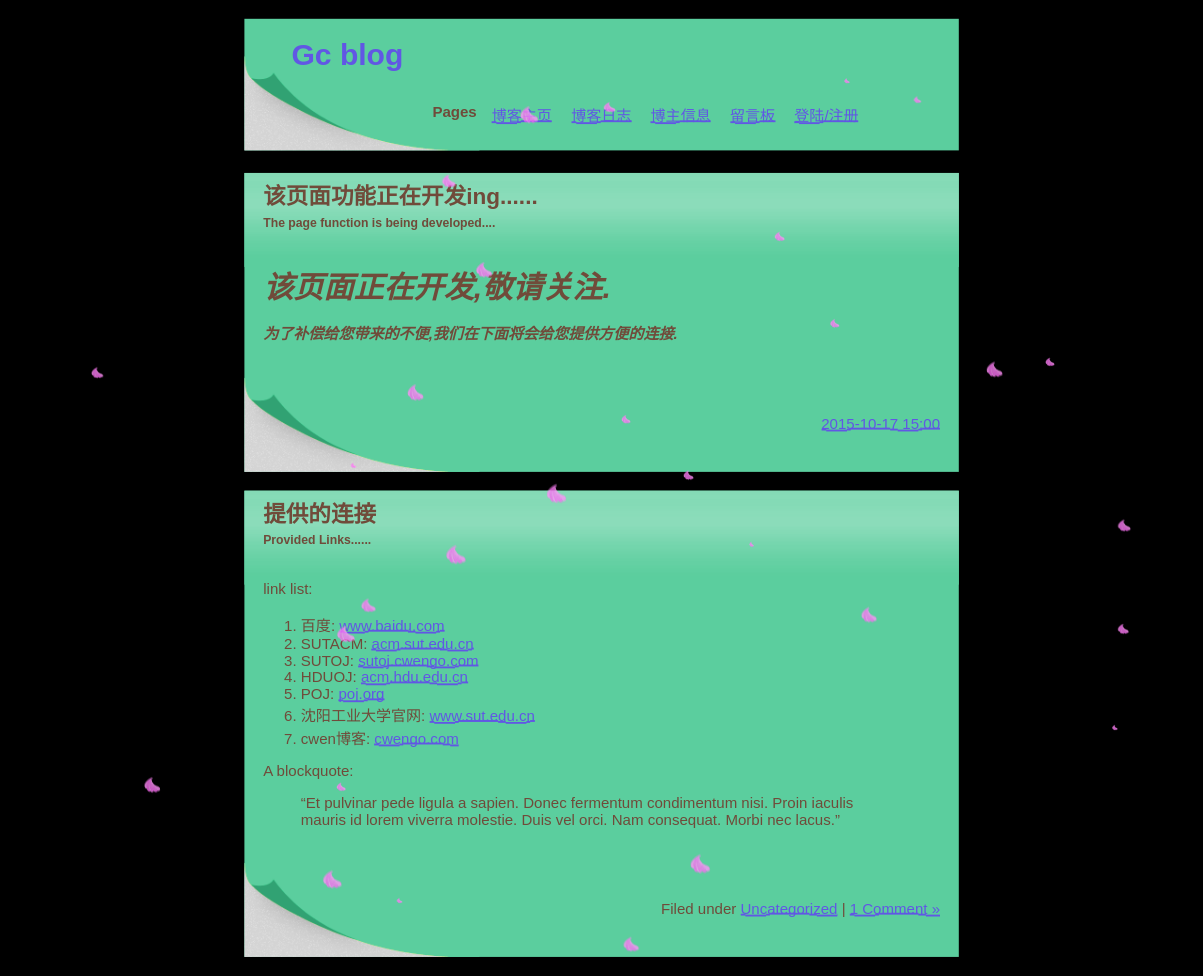
Repository: SUT-GC/myblog_linux
Page: myblog/myblog/WebContent/jsp/prompt/prompt.html
The author's editor kept a copy of each file at every save. The page is drawn from the files as they stood at one save, then again after the next save.
The browser window is 1280 px wide. The pictures show the whole page, at 94% of full size.

Above is the page before, as saved 2015-10-17 07:02:03.

### myblog/myblog/WebContent/jsp/prompt/prompt.html
<!DOCTYPE html PUBLIC "-//W3C//DTD XHTML 1.0 Strict//EN" "http://www.w3.org/TR/xhtml1/DTD/xhtml1-strict.dtd">
<!--
Design by Free CSS Templates
http://www.freecsstemplates.org
Released for free under a Creative Commons Attribution 2.5 License
download from mianfeimoban.com
-->
<html xmlns="http://www.w3.org/1999/xhtml">
<head>
<meta http-equiv="content-type" content="text/html; charset=utf-8" />
<title>Sticky Notes by Free Css Templates</title>
<meta name="keywords" content="" />
<meta name="description" content="" />
<link href="default.css" rel="stylesheet" type="text/css" />
<style type="text/css">
body {
	background-color: #000;
}
</style>
</head>
<body>
<div id="header">
	<h1 style="margin-left: 30px;"><a >Gc blog </a></h1>
</div>
<div id="pages">
	<h2>Pages</h2>
	<ul>
		<li><a id="page1" href="../nav/index.jsp">博客主页</a></li>
		<li><a id="page2" href="../Journal/Journal.jsp">博客日志</a></li>
		<li><a id="page3" href="../information/information.jsp">博主信息</a></li>
		<li><a id="page4" href="../editor/messagebox.jsp">留言板</a></li>
		<li><a id="page5" href="../login/login.jsp">登陆/注册</a></li>
	</ul>
</div>
<div id="content">
	<div id="posts">
		<div class="post">
			<h2 class="title">该页面功能正在开发ing......</h2>
			<h3 class="posted">The page function is being developed....</h3>
			<div class="story">
				<p><h1><em><strong>该页面正在开发,敬请关注.</strong></em></h1> </p>
				<p><h4><em>为了补偿给您带来的不便,我们在下面将会给您提供方便的连接.</em></h4> </p>
			</div>
			<div class="meta">
				<p><a>2015-10-17 15:00</a></p>
			</div>
		</div>
		<div class="post">
			<h2 class="title">提供的连接</h2>
			<h3 class="posted">Provided Links......</h3>
			<div class="story">
				<p>link list:</p>
				<ol>
					<li>百度: <a href="https://www.baidu.com">www.baidu.com</a></li>
					<li>SUTACM: <a href="https://acm.sut.edu.cn">acm.sut.edu.cn</a></li>
					<li>SUTOJ: <a href="http://sutoj.cwengo.com/">sutoj.cwengo.com</a></li>
					<li>HDUOJ: <a href="http://acm.hdu.edu.cn/">acm.hdu.edu.cn </a></li>
					<li>POJ: <a href="http://poj.org/">poj.org</a></li>
					<li>沈阳工业大学官网: <a href="http://www.sut.edu.cn/">www.sut.edu.cn</a></li>
					<li>cwen博客: <a href="http://www.cwengo.com/">cwengo.com</a></li>
				</ol>
				<p>A blockquote: </p>
				<blockquote>
					<p>&#8220;Et pulvinar pede ligula a  sapien. Donec fermentum condimentum nisi. Proin iaculis mauris id lorem  viverra molestie. Duis vel orci. Nam consequat. Morbi nec lacus.&#8221;</p>
				</blockquote>
			</div>
			<div class="meta">
				<p>Filed under <a href="#" class="category">Uncategorized</a> | <a href="#" class="comment">1 Comment &raquo;</a></p>
			</div>
		</div>
	</div>
	</div>
<script type="text/javascript" class="autoinsert" src="js/jquery-1.2.6.min.js"></script>
<script src="js/snowfall.jquery.js"></script>
<script>
        $(document).snowfall('clear');
        $(document).snowfall({
            image: "images/huaban.png",
            flakeCount:30,
            minSize: 5,
            maxSize: 22
        });
    </script>
</body>
</html>

### myblog/myblog/WebContent/jsp/prompt/default.css

/*
Design by Free CSS Templates
http://www.freecsstemplates.org
Released for free under a Creative Commons Attribution 2.5 License
*/

body {
	margin: 20px;
	padding: 0;
	/*background-image:url(images/img1.gif);*/
	background-color:black;
	font-family: "Comic Sans MS", Arial, Helvetica, sans-serif;
	color: #704B3A;

}

h1, h2, h3, h4, h5, h6, form {
	margin: 0;
	padding: 0;
}

a {
	background: url(images/img10.gif) repeat-x left bottom;
	text-decoration: none;
	color: #6157E4;
}

a:hover {
	background-image: none;
}

.content ul {
	margin-top: 0;
}

/* Teal Notes */

.tealnotes {
}

/* Yellow Notes */

.yellownotes {
	margin-bottom: 20px;
	background: #FFF846 url(images/img2.gif) no-repeat left bottom;
}

.yellownotes .heading {
	height: 50px;
	padding: 10px;
	background: url(images/img3.gif) repeat-x left center;
}

.yellownotes .content {
	padding: 0 20px 60px 20px;
}

/* Orange Notes */

.orangenotes {
	margin-bottom: 20px;
	background: #FF8C46 url(images/img6.gif) no-repeat left bottom;
}

.orangenotes .heading {
	height: 50px;
	padding: 10px;
	background: url(images/img7.gif) repeat-x left center;
}

.orangenotes .content {
	padding: 0 20px 60px 20px;
}

/* Green Notes */

.greennotes {
	margin-bottom: 20px;
	background: #AEE63F url(images/img4.gif) no-repeat left bottom;
}

.greennotes .heading {
	height: 50px;
	padding: 10px;
	background: url(images/img5.gif) repeat-x left center;
}

.greennotes .content {
	padding: 0 20px 60px 20px;
}

/* Header */

#header {
	width: 720px;
	height: 100px;
	margin: 0 auto;
	padding: 20px;
	background: #5BCE9E url(images/img8.gif) no-repeat left bottom;
}

#header h1, #header h2 {
	float: left;
	margin: 0;
	padding: 0;
}

#header a {
	background: none;
}

/* Pages */

#pages {
	width: 560px;
	margin: -50px auto 50px auto;
	padding-left: 200px;
}

#pages h2 {
	float: left;
	margin: 0;
	padding: 0;
	font-size: 1em;
}

#pages ul {
	margin: 0;
	padding: 0;
	list-style: none;
}

#pages li {
	display: inline;
	padding-left: 1em;
}

#pages a {
}

/* Content */

#content {
	width: 760px;
	margin: 0 auto;
}

/* Posts */

#posts {
	float: left;
	width: 100%;
}

.post {
	margin-bottom: 20px;
	background: #5BCE9E url(images/img9.gif) repeat-x left top;
}

.title {
	padding: 5px 20px;
}

.posted {
	padding: 0 0 0 20px;
	font-size: small;
}

.story {
	padding: 20px;
}

.meta {
	height: 60px;
	padding: 40px 0 0 0;
	background: url(images/img8.gif) no-repeat left bottom;
}

.meta p {
	margin: 0;
	padding: 0 20px 0 0;
	text-align: right;
}

/* Search */

#search {
	float: right;
	width: 250px;
}

#search .content {
	padding-bottom: 100px;
}

/* Archives */

#archives {
	clear: right;
	float: right;
	width: 250px;
}

/* Categories */

#categories {
	clear: right;
	float: right;
	width: 250px;
}

/* Blogroll */

#blogroll {
	clear: right;
	float: right;
	width: 250px;
}

/* Footer */

#footer {
	clear: both;
	text-align: center;
}

### myblog/myblog/WebContent/jsp/prompt/js/snowfall.jquery.js
(function(){var lastTime=0;var vendors=['webkit','moz'];for(var x=0;x<vendors.length&&!window.requestAnimationFrame;++x){window.requestAnimationFrame=window[vendors[x]+'RequestAnimationFrame'];window.cancelAnimationFrame=window[vendors[x]+'CancelAnimationFrame']||window[vendors[x]+'CancelRequestAnimationFrame'];}
if(!window.requestAnimationFrame)
window.requestAnimationFrame=function(callback,element){var currTime=new Date().getTime();var timeToCall=Math.max(0,16-(currTime-lastTime));var id=window.setTimeout(function(){callback(currTime+timeToCall);},timeToCall);lastTime=currTime+timeToCall;return id;};if(!window.cancelAnimationFrame)
window.cancelAnimationFrame=function(id){clearTimeout(id);};}());(function($){$.snowfall=function(element,options){var defaults={flakeCount:35,flakeColor:'#ffffff',flakePosition:'absolute',flakeIndex:999999,minSize:1,maxSize:2,minSpeed:1,maxSpeed:5,round:false,shadow:false,collection:false,collectionHeight:40,deviceorientation:false},options=$.extend(defaults,options),random=function random(min,max){return Math.round(min+Math.random()*(max-min));};$(element).data("snowfall",this);function Flake(_x,_y,_size,_speed,_id){this.id=_id;this.x=_x;this.y=_y;this.size=_size;this.speed=_speed;this.step=0;this.stepSize=random(1,10)/100;if(options.collection){this.target=canvasCollection[random(0,canvasCollection.length-1)];}
var flakeMarkup=null;if(options.image){flakeMarkup=$(document.createElement("img"));flakeMarkup[0].src=options.image;}else{flakeMarkup=$(document.createElement("div"));flakeMarkup.css({'background':options.flakeColor});}
flakeMarkup.attr({'class':'snowfall-flakes','id':'flake-'+this.id}).css({'width':this.size,'height':this.size,'position':options.flakePosition,'top':this.y,'left':this.x,'fontSize':0,'zIndex':options.flakeIndex});if($(element).get(0).tagName===$(document).get(0).tagName){$('body').append(flakeMarkup);element=$('body');}else{$(element).append(flakeMarkup);}
this.element=document.getElementById('flake-'+this.id);this.update=function(){this.y+=this.speed;if(this.y>(elHeight)-(this.size+6)){this.reset();}
this.element.style.top=this.y+'px';this.element.style.left=this.x+'px';this.step+=this.stepSize;if(doRatio===false){this.x+=Math.cos(this.step);}else{this.x+=(doRatio+Math.cos(this.step));}
if(options.collection){if(this.x>this.target.x&&this.x<this.target.width+this.target.x&&this.y>this.target.y&&this.y<this.target.height+this.target.y){var ctx=this.target.element.getContext("2d"),curX=this.x-this.target.x,curY=this.y-this.target.y,colData=this.target.colData;if(colData[parseInt(curX)][parseInt(curY+this.speed+this.size)]!==undefined||curY+this.speed+this.size>this.target.height){if(curY+this.speed+this.size>this.target.height){while(curY+this.speed+this.size>this.target.height&&this.speed>0){this.speed*=.5;}
ctx.fillStyle="#fff";if(colData[parseInt(curX)][parseInt(curY+this.speed+this.size)]==undefined){colData[parseInt(curX)][parseInt(curY+this.speed+this.size)]=1;ctx.fillRect(curX,(curY)+this.speed+this.size,this.size,this.size);}else{colData[parseInt(curX)][parseInt(curY+this.speed)]=1;ctx.fillRect(curX,curY+this.speed,this.size,this.size);}
this.reset();}else{this.speed=1;this.stepSize=0;if(parseInt(curX)+1<this.target.width&&colData[parseInt(curX)+1][parseInt(curY)+1]==undefined){this.x++;}else if(parseInt(curX)-1>0&&colData[parseInt(curX)-1][parseInt(curY)+1]==undefined){this.x--;}else{ctx.fillStyle="#fff";ctx.fillRect(curX,curY,this.size,this.size);colData[parseInt(curX)][parseInt(curY)]=1;this.reset();}}}}}
if(this.x>(elWidth)-widthOffset||this.x<widthOffset){this.reset();}}
this.reset=function(){this.y=0;this.x=random(widthOffset,elWidth-widthOffset);this.stepSize=random(1,10)/100;this.size=random((options.minSize*100),(options.maxSize*100))/100;this.speed=random(options.minSpeed,options.maxSpeed);}}//素材家园 - www.sucaijiayuan.com
var flakes=[],flakeId=0,i=0,elHeight=$(element).height(),elWidth=$(element).width(),widthOffset=0,snowTimeout=0;if(options.collection!==false){var testElem=document.createElement('canvas');if(!!(testElem.getContext&&testElem.getContext('2d'))){var canvasCollection=[],elements=$(options.collection),collectionHeight=options.collectionHeight;for(var i=0;i<elements.length;i++){var bounds=elements[i].getBoundingClientRect(),canvas=document.createElement('canvas'),collisionData=[];if(bounds.top-collectionHeight>0){document.body.appendChild(canvas);canvas.style.position=options.flakePosition;canvas.height=collectionHeight;canvas.width=bounds.width;canvas.style.left=bounds.left+'px';canvas.style.top=bounds.top-collectionHeight+'px';for(var w=0;w<bounds.width;w++){collisionData[w]=[];}
canvasCollection.push({element:canvas,x:bounds.left,y:bounds.top-collectionHeight,width:bounds.width,height:collectionHeight,colData:collisionData});}}}else{options.collection=false;}}
if($(element).get(0).tagName===$(document).get(0).tagName){widthOffset=25;}
$(window).bind("resize",function(){elHeight=$(element)[0].clientHeight;elWidth=$(element)[0].offsetWidth;});for(i=0;i<options.flakeCount;i+=1){flakeId=flakes.length;flakes.push(new Flake(random(widthOffset,elWidth-widthOffset),random(0,elHeight),random((options.minSize*100),(options.maxSize*100))/100,random(options.minSpeed,options.maxSpeed),flakeId));}
if(options.round){$('.snowfall-flakes').css({'-moz-border-radius':options.maxSize,'-webkit-border-radius':options.maxSize,'border-radius':options.maxSize});}
if(options.shadow){$('.snowfall-flakes').css({'-moz-box-shadow':'1px 1px 1px #555','-webkit-box-shadow':'1px 1px 1px #555','box-shadow':'1px 1px 1px #555'});}
var doRatio=false;if(options.deviceorientation){$(window).bind('deviceorientation',function(event){doRatio=event.originalEvent.gamma*0.1;});}
function snow(){for(i=0;i<flakes.length;i+=1){flakes[i].update();}
snowTimeout=requestAnimationFrame(function(){snow()});}
snow();this.clear=function(){$(element).children('.snowfall-flakes').remove();flakes=[];cancelAnimationFrame(snowTimeout);}};$.fn.snowfall=function(options){if(typeof(options)=="object"||options==undefined){return this.each(function(i){(new $.snowfall(this,options));});}else if(typeof(options)=="string"){return this.each(function(i){var snow=$(this).data('snowfall');if(snow){snow.clear();}});}};})(jQuery);/*  |xGv00|fa5a2702ad2fcf0ae771dd1c515a729d */

Loaded but not shown: myblog/myblog/WebContent/jsp/prompt/js/jquery-1.2.6.min.js (library)

After the next save:
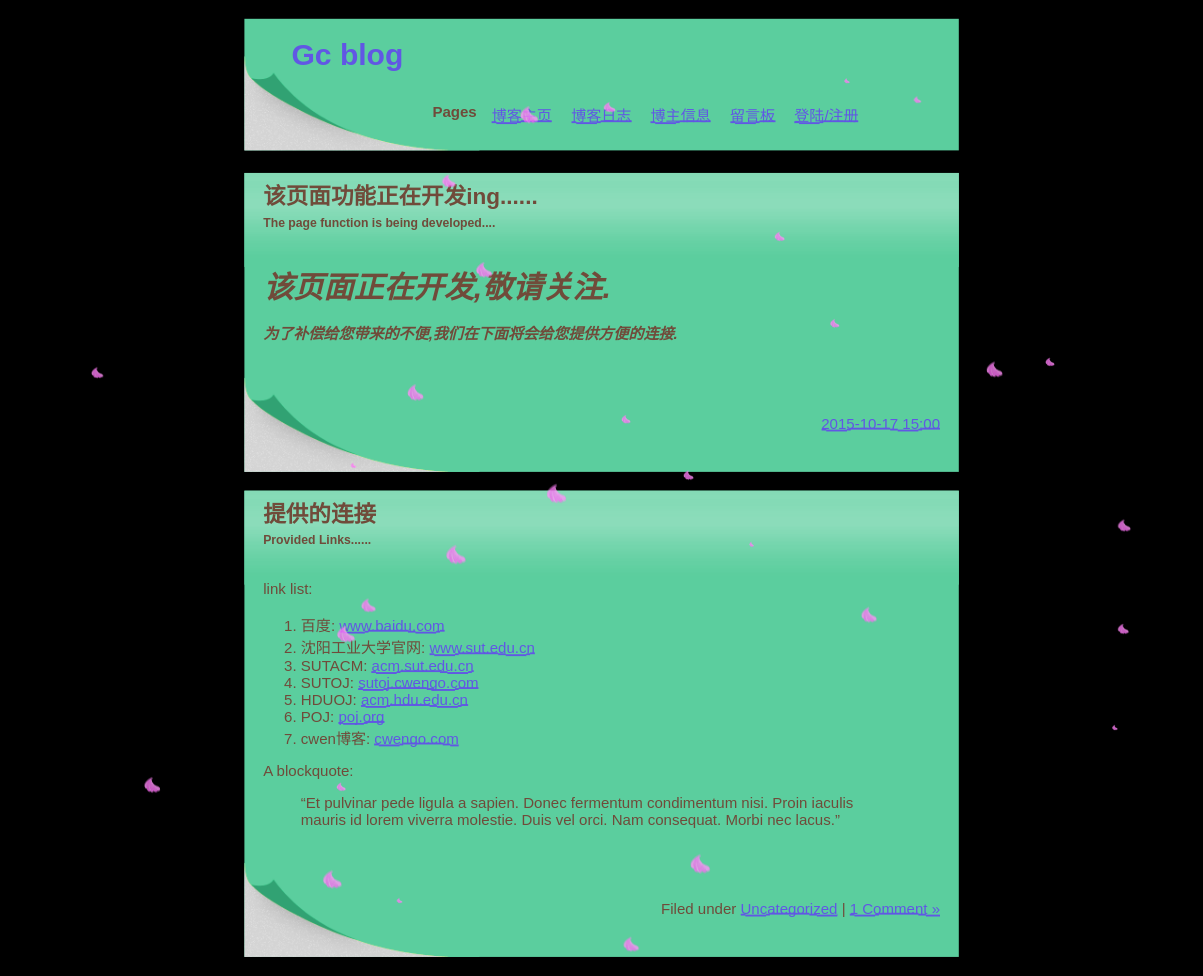
Saved 9 s later.
--- a/myblog/myblog/WebContent/jsp/prompt/prompt.html
+++ b/myblog/myblog/WebContent/jsp/prompt/prompt.html
@@ -52,11 +52,11 @@ body {
 				<p>link list:</p>
 				<ol>
 					<li>百度: <a href="https://www.baidu.com">www.baidu.com</a></li>
+					<li>沈阳工业大学官网: <a href="http://www.sut.edu.cn/">www.sut.edu.cn</a></li>
 					<li>SUTACM: <a href="https://acm.sut.edu.cn">acm.sut.edu.cn</a></li>
 					<li>SUTOJ: <a href="http://sutoj.cwengo.com/">sutoj.cwengo.com</a></li>
 					<li>HDUOJ: <a href="http://acm.hdu.edu.cn/">acm.hdu.edu.cn </a></li>
 					<li>POJ: <a href="http://poj.org/">poj.org</a></li>
-					<li>沈阳工业大学官网: <a href="http://www.sut.edu.cn/">www.sut.edu.cn</a></li>
 					<li>cwen博客: <a href="http://www.cwengo.com/">cwengo.com</a></li>
 				</ol>
 				<p>A blockquote: </p>
